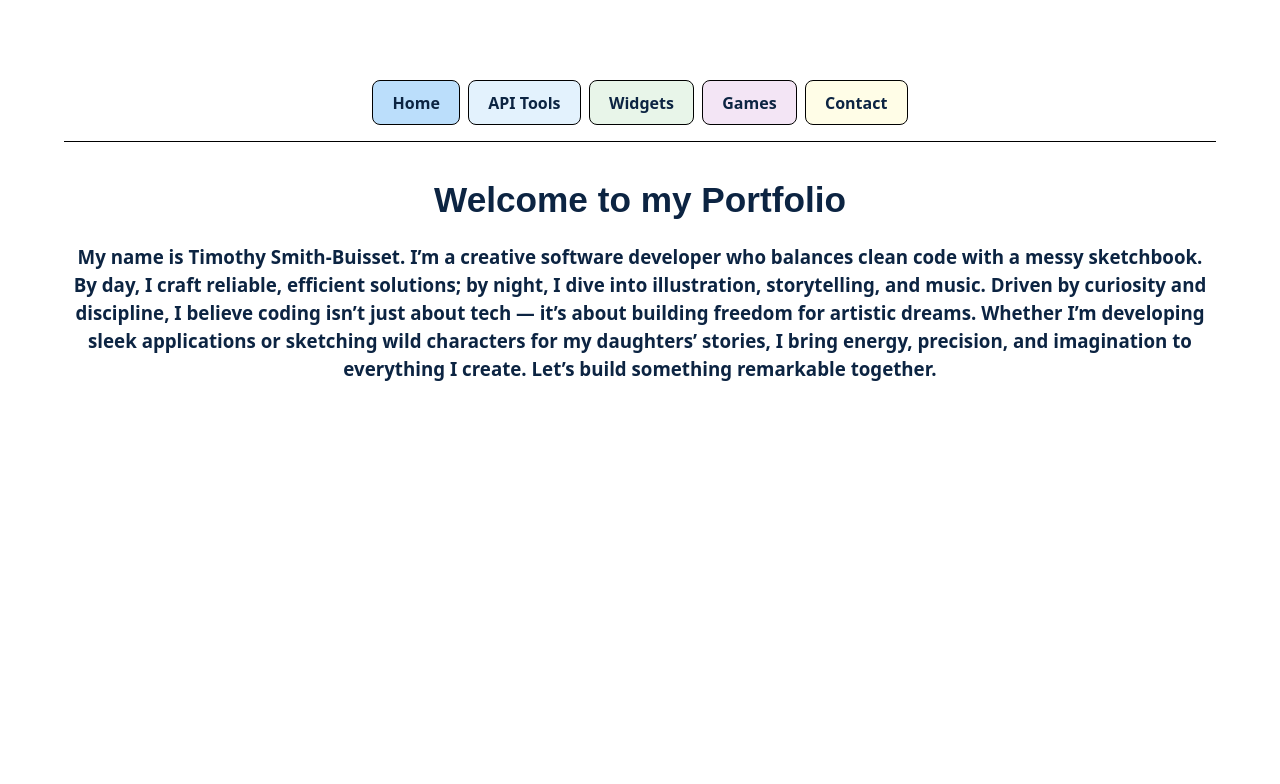
Repository: ourshadetree/TimPortfolio
Page: /
These files come from the project's save history. The page is drawn as it stood at one moment and after the next save; the edit follows.
The browser window is 1280 px wide. The pictures show the whole page.
The project was rebuilt for these pictures with package versions that can differ from the ones it lists, and the page was loaded fresh each time. Also part of the build but not shown: vite.config.js, src/components/MovieApi.vue, src/components/WeatherApi.vue, src/views/ApiTools.vue, src/components/Calculator.vue, src/components/UnitConverter.vue, src/views/Widgets.vue, src/components/RockPaperScissors.vue and 3 more. Imported but missing from the stored project, and not drawn on this page: src/assets/CurrentResumeTimSB.pdf.

Above is the page before, as saved 2025-05-07 14:20:16.

### src/main.js
// src/main.js
import { createApp } from 'vue'
import App        from './App.vue'
import { router } from './router'
import './assets/style.css'         // your reset / base styles

createApp(App)
  .use(router)
  .mount('#app')

### src/App.vue
<!-- src/App.vue -->
<template>
  <div id="app">
    <header>
      <nav>
        <router-link to="/"       class="tab tab--home">Home</router-link>
        <router-link to="/api-tools" class="tab tab--api">API Tools</router-link>
        <router-link to="/widgets"   class="tab tab--widgets">Widgets</router-link>
        <router-link to="/games"     class="tab tab--games">Games</router-link>
        <router-link to="/contact"   class="tab tab--contact">Contact</router-link>
      </nav>
    </header>
    <main>
      <router-view/>
    </main>
  </div>
</template>


<script setup>
// no script needed here yet
</script>

<style>
#app {
  background: white;
  min-height: 100vh;
}

/* header/nav styling */
header {
  padding: 1rem;
  border-bottom: 1px solid black;
  text-align: center;
}
nav {
  display: inline-flex;
  gap: 0.5rem;
}
nav a {
  padding: 0.5rem 1rem;
  border: 1px solid black;
  border-radius: 8px;
  background: #FDEFF9; /* pastel pink */
  color: #0C2442;
  text-decoration: none;
  font-weight: bold;
}
nav a.router-link-active {
  background: yellow; /* pastel blue when active */
}

/* base tab style */
.tab {
  padding: 0.6rem 1.2rem;
  border: 1px solid #000;
  border-radius: 8px;
  text-decoration: none;
  font-weight: bold;
  color: #0C2442;
  transition: opacity .2s;
}
.tab:hover {
  opacity: 0.8;
}

/* pastel colours for each */
.tab--home     { background: #FFEBEE; } /* very light pink */
.tab--api      { background: #E3F2FD; } /* very light blue */
.tab--widgets  { background: #E8F5E9; } /* very light green */
.tab--games    { background: #F3E5F5; } /* very light purple */
.tab--contact  { background: #FFFDE7; } /* very light yellow */

</style>

### src/router/index.js
// src/router/index.js
import { createRouter, createWebHistory } from 'vue-router'
import HomeView    from '../views/HomeView.vue'
import ApiTools    from '../views/ApiTools.vue'
import Widgets     from '../views/Widgets.vue'
import Games       from '../views/Games.vue'
import Contact     from '../views/Contact.vue'

const routes = [
  { path: '/',           name: 'Home',      component: HomeView },
  { path: '/api-tools',   name: 'API Tools', component: ApiTools },
  { path: '/widgets',     name: 'Widgets',   component: Widgets },
  { path: '/games',       name: 'Games',     component: Games },
  { path: '/contact',     name: 'Contact',   component: Contact },
]

export const router = createRouter({
  history: createWebHistory(),
  routes,
})

### src/assets/style.css
/* ------------------------------------------------------------------------
   src/assets/style.css
   ————————————————————————————————————————————————————————————————
   1) Reset / base
   2) Layout (#app, header/nav)
   3) Typography (h1)
   4) Tabs (.tab, .tab--*)
   5) Buttons, links, etc.
   ------------------------------------------------------------------------ */

/* 1) -------- Reset / Base -------- */
:root {
  /* overall color scheme */
  background-color: #ffffff;
  color: #0C2442; /* dark blue text */
  font-family: Karla, system-ui, sans-serif;
  line-height: 1.5;
}

*,
*::before,
*::after {
  box-sizing: border-box;
  margin: 0;
  padding: 0;
}

/* 2) --------#app & header/nav layout -------- */
#app {
  max-width: 1280px;
  margin: 0 auto;
  padding: 2rem;
  text-align: center;
  background: white;
  min-height: 100vh;
}

header {
  padding-bottom: 1rem;
  border-bottom: 1px solid black;
  margin-bottom: 2rem;
}

nav {
  display: inline-flex;
  gap: 0.5rem;
}

/* 3) -------- Typography -------- */
#app h1 {
  font-family: 'Sora', sans-serif;
  font-size: 2.2rem;
  font-weight: 900;
  margin: 1rem 0;
}

/* 4) -------- Tabs -------- */
.tab {
  display: inline-block;
  padding: 0.6rem 1.2rem;
  border: 1px solid black;
  border-radius: 8px;
  text-decoration: none;
  font-weight: bold;
  color: #0C2442;
  transition: opacity 0.2s;
}
.tab:hover {
  opacity: 0.8;
}

/* Pastel for each */
.tab--home     { background: #FFEBEE; } /* very light pink */
.tab--api      { background: #E3F2FD; } /* very light blue */
.tab--widgets  { background: #E8F5E9; } /* very light green */
.tab--games    { background: #F3E5F5; } /* very light purple */
.tab--contact  { background: #FFFDE7; } /* very light yellow */

/* Active tab override */
.router-link-active {
  /* pastel‑blue highlight for whichever is active */
  background: #BBDEFB !important;
}

/* 5) -------- Buttons & Links -------- */
button {
  border-radius: 8px;
  border: 1px solid black;
  padding: 0.6rem 1.2rem;
  font: inherit;
  background: #f0f0f0;
  cursor: pointer;
  transition: background 0.2s;
}
button:hover {
  background: #e0e0e0;
}

a {
  color: inherit;
  text-decoration: none;
}

### src/views/HomeView.vue
<!-- src/views/HomeView.vue -->
<template>
    <section>
        <h1>Welcome to my Portfolio</h1>
    </section>
    <h3 id="aboutMe">
        My name is Timothy Smith-Buisset. I’m a creative software developer who balances clean code with a messy sketchbook. By day, I craft reliable, efficient solutions; by night, I dive into illustration, storytelling, and music. Driven by curiosity and discipline, I believe coding isn’t just about tech — it’s about building freedom for artistic dreams. Whether I’m developing sleek applications or sketching wild characters for my daughters’ stories, I bring energy, precision, and imagination to everything I create. Let’s build something remarkable together.
    </h3>
</template>

<script setup>

</script>


<style scoped></style>

Loaded but not shown: index.html (common file)

After the next save:
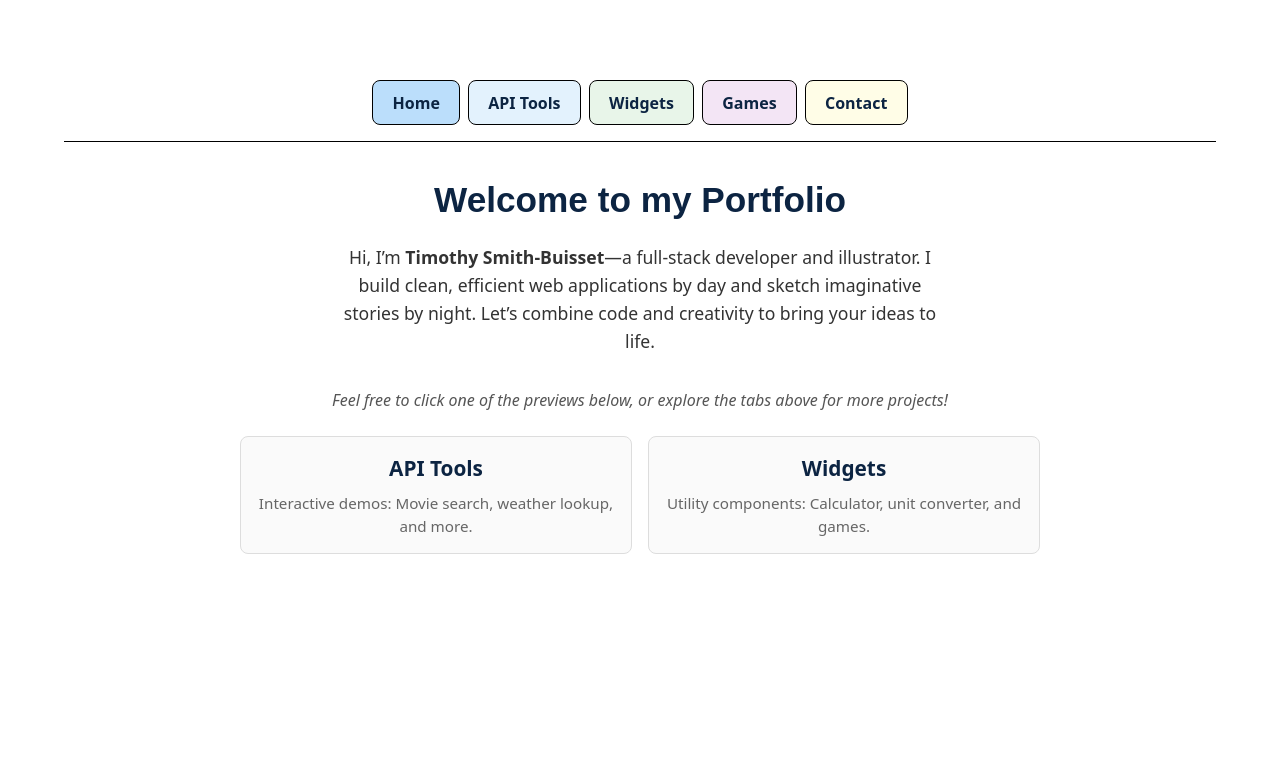
Saved 2 min 24 s later.
--- a/src/views/HomeView.vue
+++ b/src/views/HomeView.vue
@@ -1,16 +1,89 @@
-<!-- src/views/HomeView.vue -->
 <template>
-    <section>
-        <h1>Welcome to my Portfolio</h1>
+    <section class="hero">
+      <h1>Welcome to my Portfolio</h1>
+      <p id="aboutMe">
+        Hi, I’m <strong>Timothy Smith‑Buisset</strong>—a full‑stack developer and illustrator. I build clean, efficient web applications by day and sketch imaginative stories by night. Let’s combine code and creativity to bring your ideas to life.
+      </p>
     </section>
-    <h3 id="aboutMe">
-        My name is Timothy Smith-Buisset. I’m a creative software developer who balances clean code with a messy sketchbook. By day, I craft reliable, efficient solutions; by night, I dive into illustration, storytelling, and music. Driven by curiosity and discipline, I believe coding isn’t just about tech — it’s about building freedom for artistic dreams. Whether I’m developing sleek applications or sketching wild characters for my daughters’ stories, I bring energy, precision, and imagination to everything I create. Let’s build something remarkable together.
-    </h3>
-</template>
 
-<script setup>
+    <p class="browse-message">
+      Feel free to click one of the previews below, or explore the tabs above for more projects!
+    </p>
 
-</script>
+    <div class="preview-grid">
+      <router-link to="/api-tools" class="preview-card">
+        <h3>API Tools</h3>
+        <p>Interactive demos: Movie search, weather lookup, and more.</p>
+      </router-link>
 
+      <router-link to="/widgets" class="preview-card">
+        <h3>Widgets</h3>
+        <p>Utility components: Calculator, unit converter, and games.</p>
+      </router-link>
+    </div>
+  </template>
 
-<style scoped></style>
+  <script setup>
+  // No additional script logic needed for static previews
+  </script>
+
+  <style scoped>
+  .hero {
+    text-align: center;
+    margin-bottom: 2rem;
+  }
+
+  .hero h1 {
+    font-size: 2.5rem;
+    margin-bottom: 0.5rem;
+  }
+
+  #aboutMe {
+    font-size: 1.1rem;
+    max-width: 600px;
+    margin: 0.5rem auto;
+    line-height: 1.6;
+    color: #333;
+  }
+
+  .browse-message {
+    text-align: center;
+    font-style: italic;
+    margin-bottom: 1.5rem;
+    color: #555;
+  }
+
+  .preview-grid {
+    display: grid;
+    grid-template-columns: repeat(auto-fit, minmax(240px, 1fr));
+    gap: 1rem;
+    max-width: 800px;
+    margin: 0 auto;
+  }
+
+  .preview-card {
+    display: block;
+    border: 1px solid #ddd;
+    border-radius: 8px;
+    padding: 1rem;
+    background: #fafafa;
+    text-decoration: none;
+    color: inherit;
+    transition: background 0.2s, transform 0.2s;
+  }
+
+  .preview-card:hover {
+    background: #f0f0f0;
+    transform: translateY(-2px);
+  }
+
+  .preview-card h3 {
+    margin-bottom: 0.5rem;
+    font-size: 1.3rem;
+  }
+
+  .preview-card p {
+    font-size: 0.95rem;
+    color: #666;
+  }
+  </style>
